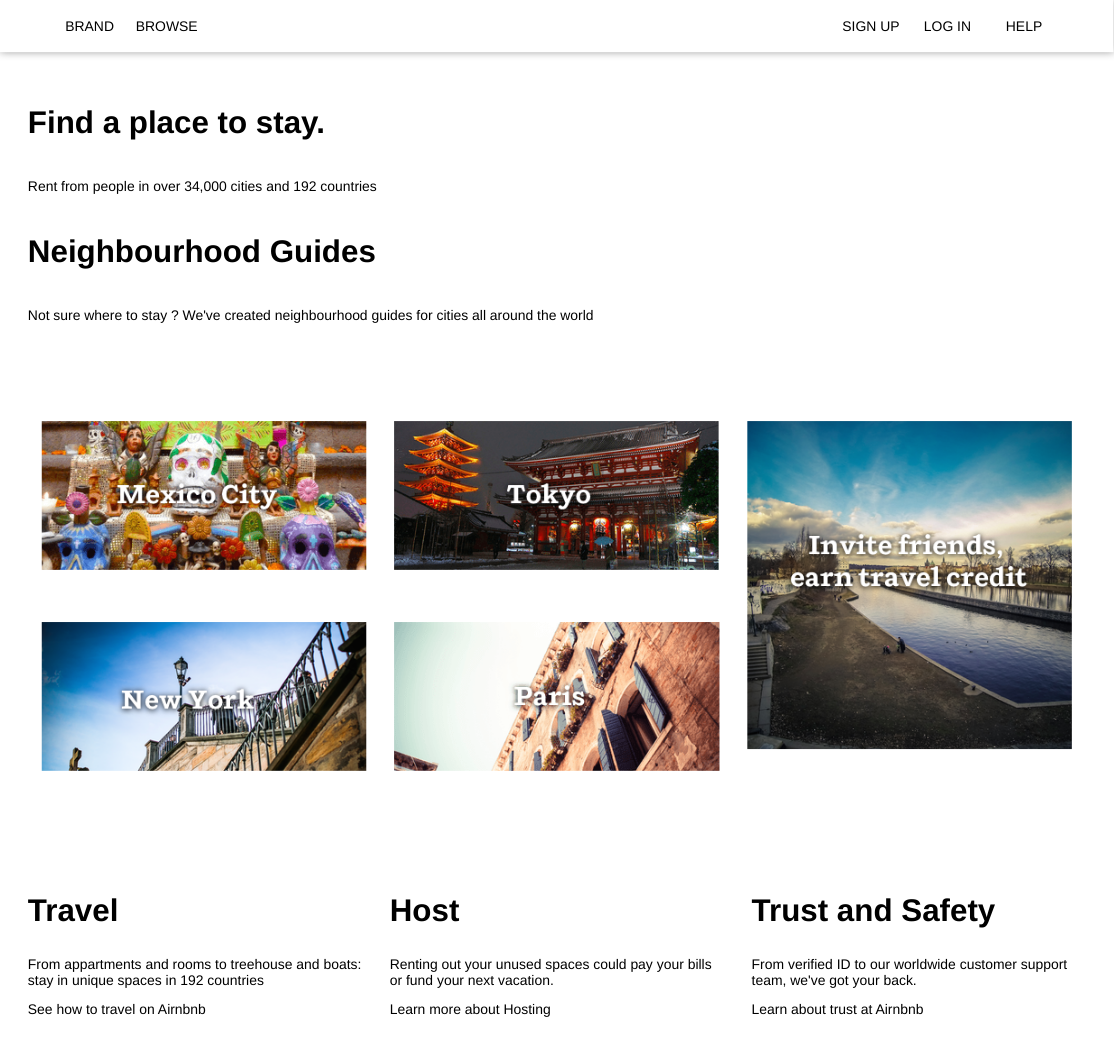
Repository: Naohonproject/web101x02-asm3
Page: Project3.html
These files come from the project's save history. The page is drawn as it stood at one moment and after the next save; the edit follows.
The browser window is 1280 px wide. The pictures show the whole page, at 87% of full size.

Above is the page before, as saved 2022-01-22 15:02:22.

### Project3.html
<!-- @format -->

<!DOCTYPE html>
<html lang="en">
	<head>
		<meta charset="UTF-8" />
		<meta http-equiv="X-UA-Compatible" content="IE=edge" />
		<meta name="viewport" content="width=device-width, initial-scale=1.0" />
		<link rel="stylesheet" href="./assets/css/style.css" />

		<link rel="stylesheet" href="./assets/css/layout.css" />
		<link rel="stylesheet" href="./assets/css/responsive.css" />
		<title>Home</title>
	</head>
	<body>
		<header id="header">
			<div class="header-wrapper">
				<div class="nav-bar">
					<div class="left-col">
						<div class="nav-item ml">
							<a href="#">Brand</a>
						</div>

						<div class="nav-item ml">
							<a href="#">Browse</a>
						</div>
					</div>

					<div class="right-col">
						<div class="nav-item ml">
							<a href="Signup.html" target="_blank">Sign Up</a>
						</div>

						<div class="nav-item ml">
							<a href="login.html" target="_blank">Log In</a>
						</div>

						<div class="nav-item ml mr">
							<a href="#" target="_blank">Help</a>
						</div>
					</div>
				</div>
			</div>
		</header>

		<div id="main" class="p-32">
			<div id="banner">
				<div class="banner-wrapper">
					<div class="content-heading">
						<h1 class="bold-text">Find a place to stay.</h1>
					</div>
					<div class="content-desc">
						<p>Rent from people in over 34,000 cities and 192 countries</p>
					</div>
				</div>
			</div>

			<div id="section">
				<div class="section-wrapper">
					<div class="section-heading">
						<h2 class="bold-text">Neighbourhood Guides</h2>
					</div>
					<div class="section-desc">
						<p>
							Not sure where to stay ? We've created neighbourhood guides for
							cities all around the world
						</p>
					</div>
				</div>
			</div>

			<div id="img-list">
				<div class="img-list-wrapper row">
					<div class="image-block col-tablet-6 col-desktop-4">
						<img
							class="first-img"
							src="./assets/img/web101x-Mexico City.png"
							alt="Mexico City"
							width="360"
						/>
						<img
							src="./assets/img/web101x-New York.png"
							alt="New York City"
							width="360"
						/>
					</div>
					<div class="image-block col-tablet-6 col-desktop-4">
						<img
							class="first-img"
							src="./assets/img/web101x-Tokyo.png"
							alt="Tokyo City"
							width="360"
						/>
						<img
							src="./assets/img/web101x-Paris.png"
							alt="Paris City"
							width="360"
						/>
					</div>
					<div class="image-block col-tablet-6 col-desktop-4">
						<img
							src="./assets/img/web101x-Invitation.png"
							alt="Invitation image"
							width="360"
						/>
					</div>
				</div>
				<div class="clear"></div>
			</div>
		</div>

		<footer id="footer" class="p-32">
			<div class="footer-wrapper row">
				<div class="footer-block col-desktop-4">
					<h3 class="bold-text">Travel</h3>
					<p>
						From appartments and rooms to treehouse and boats: stay in unique
						spaces in 192 countries
					</p>
					<a href="#">See how to travel on Airnbnb</a>
				</div>

				<div class="footer-block col-desktop-4">
					<h3 class="bold-text">Host</h3>
					<p>
						Renting out your unused spaces could pay your bills or fund your
						next vacation.
					</p>
					<a href="#">Learn more about Hosting</a>
				</div>

				<div class="footer-block col-desktop-4">
					<h3 class="bold-text">Trust and Safety</h3>
					<p>
						From verified ID to our worldwide customer support team, we've got
						your back.
					</p>
					<a href="#">Learn about trust at Airnbnb</a>
				</div>
				<div class="clear"></div>
			</div>
		</footer>
	</body>
</html>

### assets/css/style.css
/**
 * /* ======reset css======
 *
 * @format
 */

*,
::before,
::after {
	padding: 0;
	margin: 0;
	box-sizing: border-box;
	list-style-type: none;
	text-decoration: none;
	color: #000;
}

html {
	font-family: "Helvetica Neue", Helvetica, Arial;
}

.header-wrapper {
	font-size: 16px;
}

.nav-bar a {
	color: #fff;
	text-transform: uppercase;
}

### assets/css/layout.css
/** @format */
.ml {
	margin-left: 10px;
}

.mr {
	margin-right: 10px;
}

.row {
	display: flex;
	flex-direction: row;
	flex-wrap: wrap;
}

.bold-text {
	font-size: 36px;
	font-weight: bold;
}

.row > * {
	width: 100%;
	max-width: 100%;
	flex-shrink: 0;
}

.col-1 {
	width: 8.33%;
}
.col-2 {
	width: 16.66%;
}
.col-3 {
	width: 25%;
}
.col-4 {
	width: 33.33%;
}
.col-5 {
	width: 41.66%;
}
.col-6 {
	width: 50%;
}
.col-7 {
	width: 58.33%;
}
.col-8 {
	width: 66.66%;
}
.col-9 {
	width: 75%;
}
.col-10 {
	width: 83.33%;
}
.col-11 {
	width: 91.66%;
}
.col-12 {
	width: 100%;
}

#header {
	width: 100vw;
	height: 60px;
	background-color: #60646d;
	background-clip: border-box;
	position: fixed;
	left: 0;
	top: 0;
	z-index: 1;
}

.nav-bar {
	display: flex;
	flex-direction: row;
	flex-wrap: no-wrap;
	align-items: center;
	justify-content: space-evenly;
	padding: 0 20px;
}

.nav-item {
	width: 70px;
	height: 60px;
	padding: 22px 0;
	text-align: center;
}

.left-col {
	display: flex;
	flex: 2;
	flex-direction: row;
	justify-content: space-around;
	align-items: center;
}

.right-col {
	display: flex;
	flex: 3;
	flex-direction: row;
	justify-content: space-around;
	align-items: center;
}

#main {
	margin-top: 60px;
}

#main,
#footer {
	padding: 32px;
}

#banner {
	width: 100%;
	background-color: #fff;
	color: #000;
	position: relative;
	top: 0;
	left: 0;
}

div[class*="-heading"] {
	padding: 28px 0;
}

div[class*="-desc"] {
	padding: 16px 0;
}

#img-list {
	width: 100%;
}

#img-list .img-list-wrapper {
	padding: 24px 0;
	margin: 0 auto;
}

#img-list img {
	width: 100%;
	margin-top: 56px;
}

.footer-block {
	padding: 24px 0;
}

.footer-block > * {
	padding: 16px 0;
}

### assets/css/responsive.css
/** @format */

/* ========responsive for tablet */

@media screen and (min-width: 768px) {
	#header {
		background-color: #87766c;
	}

	.nav-bar {
		padding: 0 28px;
	}

	.left-col {
		justify-content: flex-start;
	}

	.right-col {
		justify-content: flex-end;
	}

	.ml {
		margin-left: 14px;
	}

	.mr {
		margin-right: 14px;
	}

	.col-tablet-1 {
		width: 8.33%;
	}
	.col-tablet-2 {
		width: 16.66%;
	}
	.col-tablet-3 {
		width: 25%;
	}
	.col-tablet-4 {
		width: 33.33%;
	}
	.col-tablet-5 {
		width: 41.66%;
	}
	.col-tablet-6 {
		width: 50%;
	}
	.col-tablet-7 {
		width: 58.33%;
	}
	.col-tablet-8 {
		width: 66.66%;
	}
	.col-tablet-9 {
		width: 75%;
	}
	.col-tablet-10 {
		width: 83.33%;
	}
	.col-tablet-11 {
		width: 91.66%;
	}
	.col-tablet-12 {
		width: 100%;
	}
}

/* ========responsive for desktop */

@media screen and (min-width: 992px) {
	#header {
		background-color: #fff;
		box-shadow: 0 0 10px gray;
	}

	.nav-bar {
		padding: 0 50px;
	}

	.left-col {
		justify-content: flex-start;
	}

	.right-col {
		justify-content: flex-end;
	}

	.ml {
		margin-left: 18px;
	}

	.mr {
		margin-right: 18px;
	}

	.nav-bar a {
		color: #000;
	}
	.row {
		margin: 0 -16px;
	}

	.col-desktop-1 {
		width: 8.33%;
	}
	.col-desktop-2 {
		width: 16.66%;
	}
	.col-desktop-3 {
		width: 25%;
	}
	.col-desktop-4 {
		width: 33.33%;
		padding: 16px;
	}
	.col-desktop-5 {
		width: 41.66%;
	}
	.col-desktop-6 {
		width: 50%;
	}
	.col-desktop-7 {
		width: 58.33%;
	}
	.col-desktop-8 {
		width: 66.66%;
	}
	.col-desktop-9 {
		width: 75%;
	}
	.col-desktop-10 {
		width: 83.33%;
	}
	.col-desktop-11 {
		width: 91.66%;
	}
	.col-desktop-12 {
		width: 100%;
	}
}

After the next save:
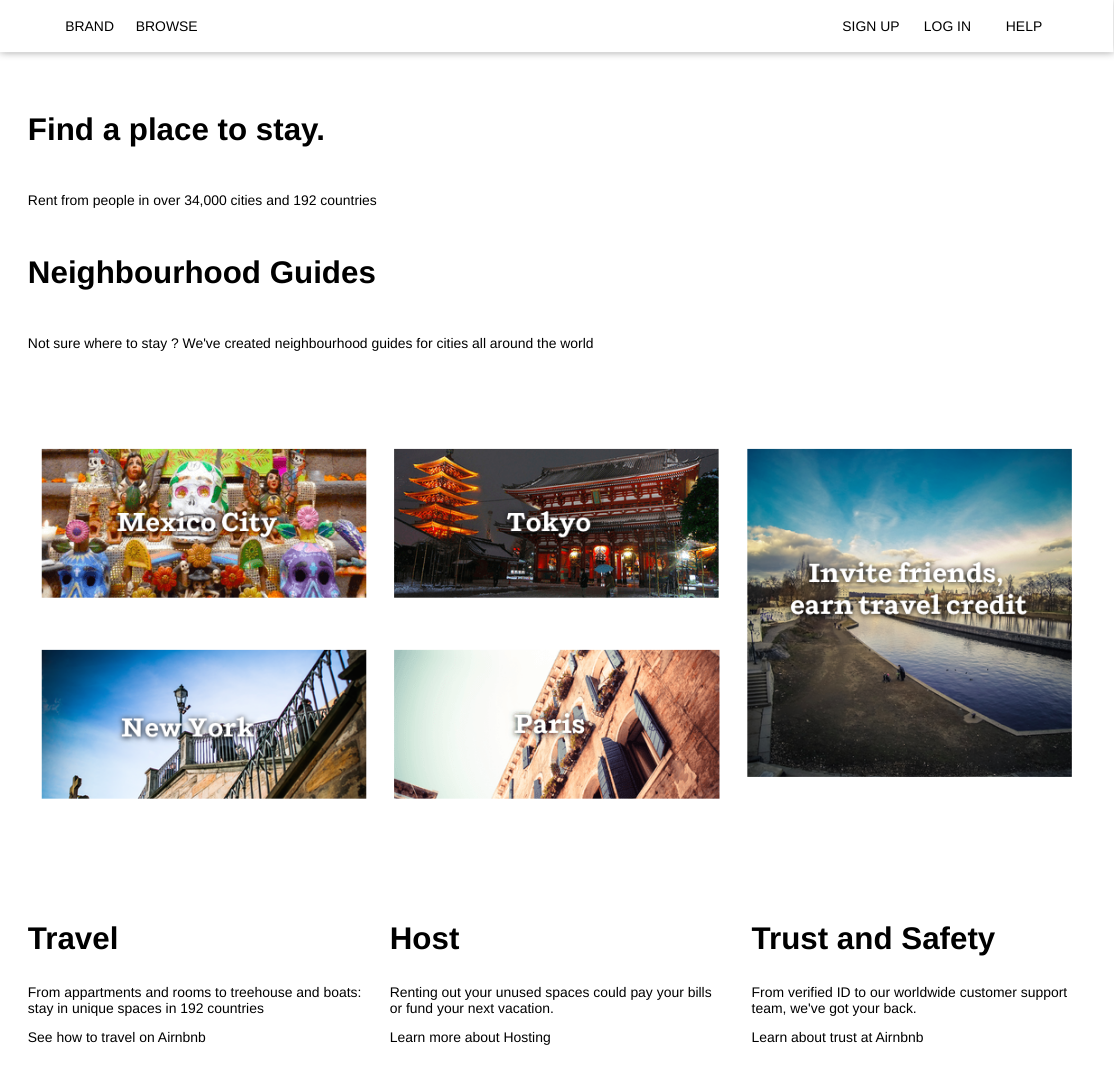
Saved 65 s later.
--- a/assets/css/layout.css
+++ b/assets/css/layout.css
@@ -123,7 +123,7 @@
 }
 
 div[class*="-heading"] {
-	padding: 28px 0;
+	padding: 36px 0;
 }
 
 div[class*="-desc"] {

After the save that followed:
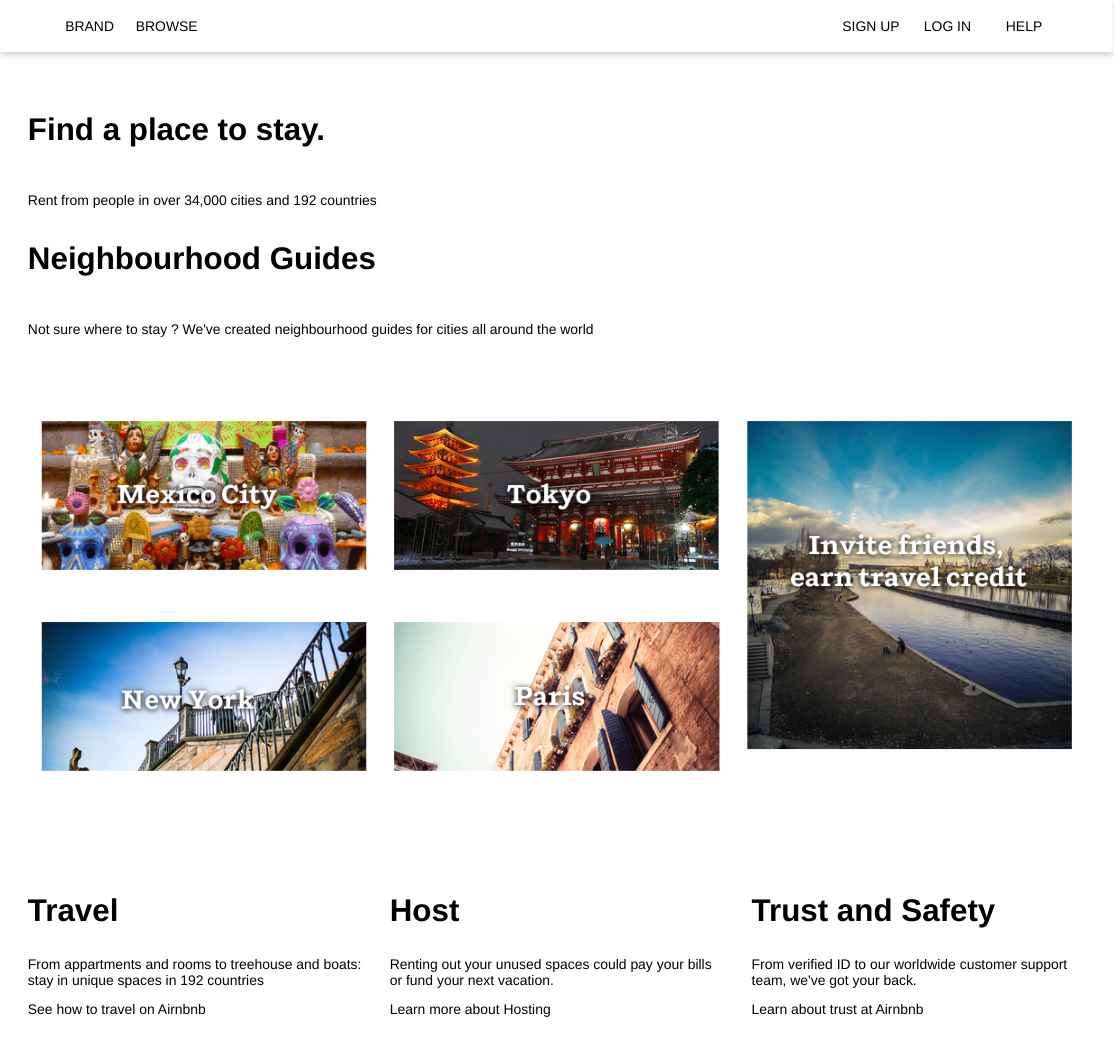
Saved 32 s later.
--- a/assets/css/layout.css
+++ b/assets/css/layout.css
@@ -127,7 +127,7 @@ div[class*="-heading"] {
 }
 
 div[class*="-desc"] {
-	padding: 16px 0;
+	margin-top: 16px;
 }
 
 #img-list {
